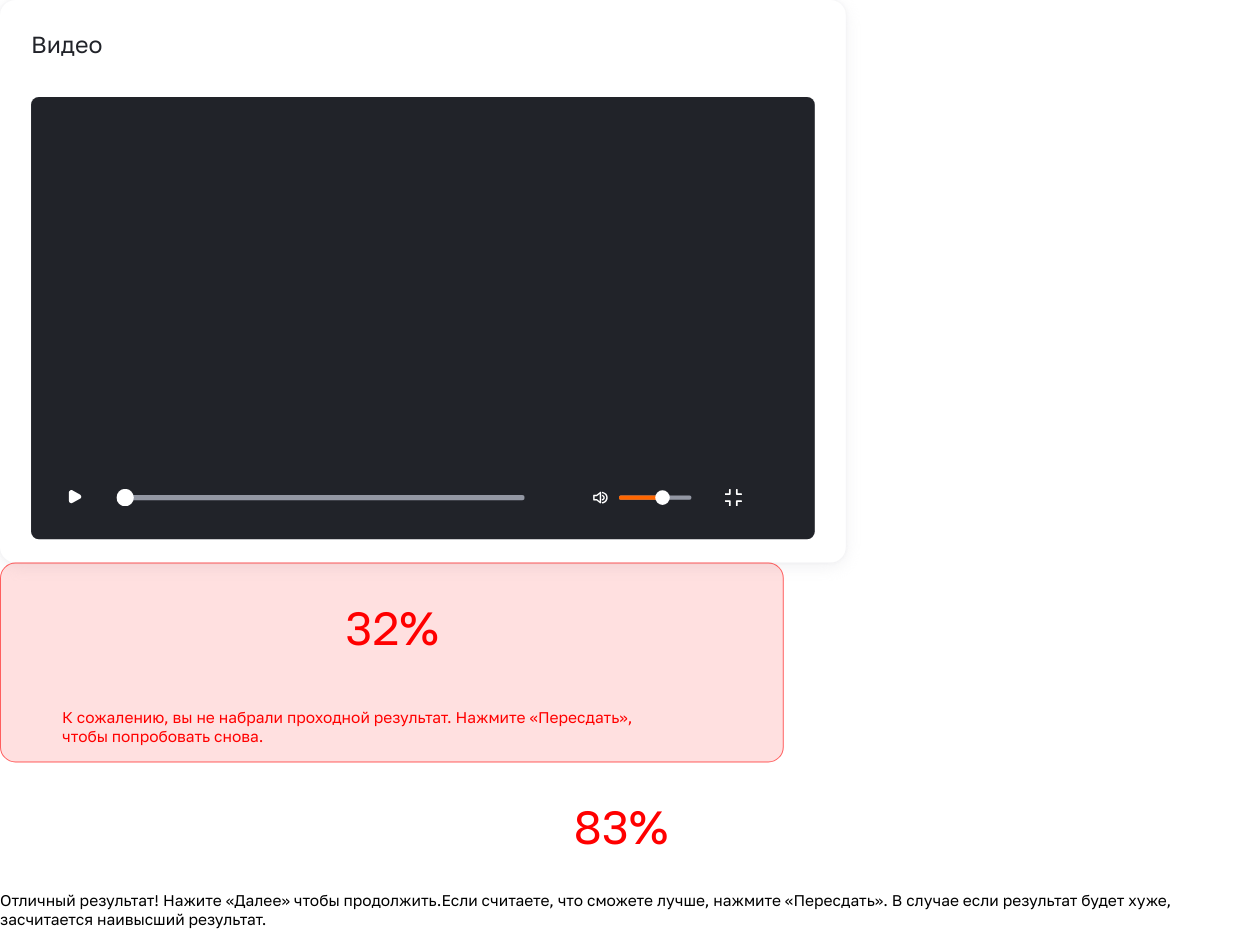
Repository: RuslanSR2424/Group5_LizaAlert
Page: index.html
These files come from the project's save history. The page is drawn as it stood at one moment and after the next save; the edit follows.
The browser window is 1280 px wide. The pictures show the whole page, at 97% of full size.

Above is the page before, as saved 2022-03-09 16:52:52.

After the next save:
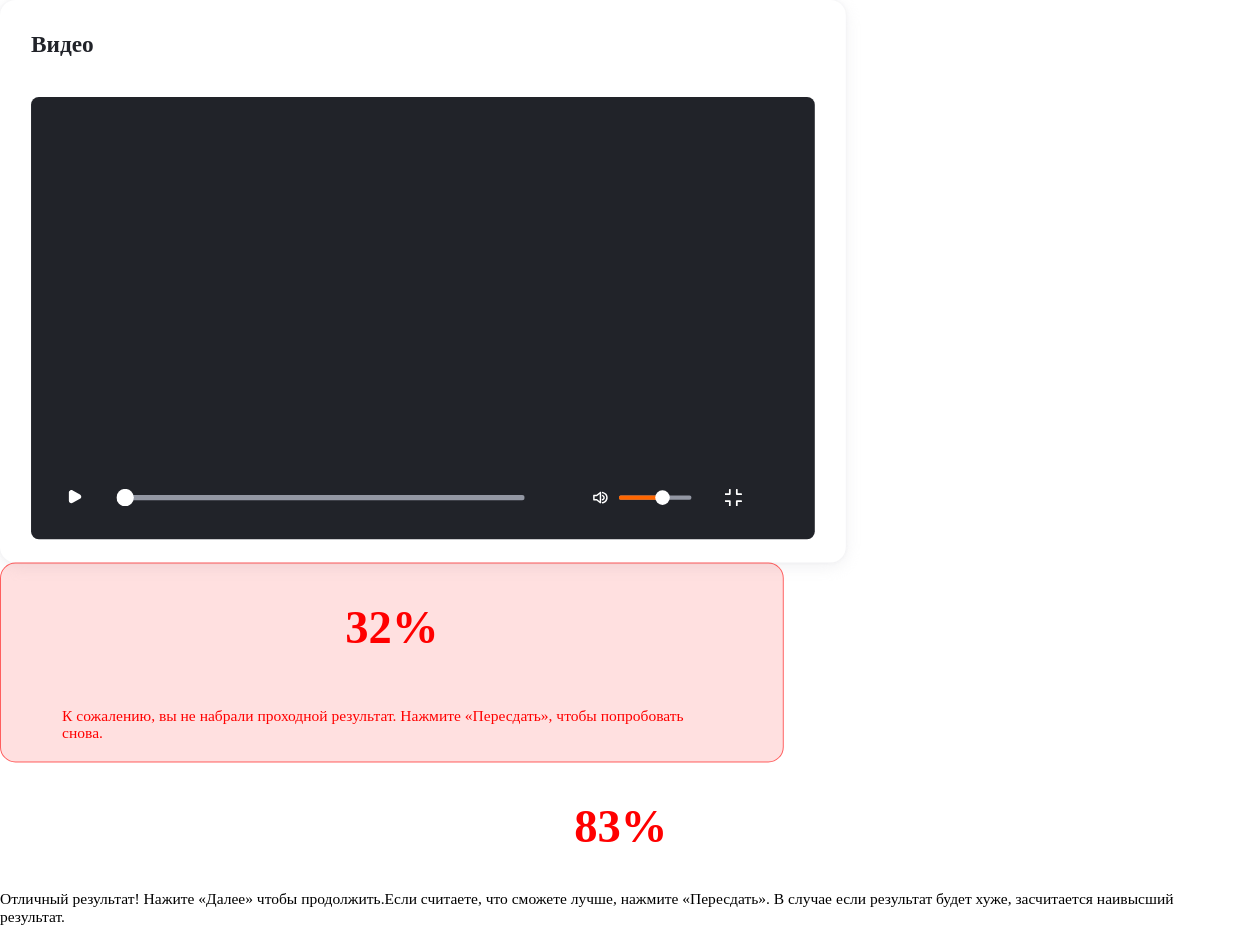
Saved 6 min 45 s later.
--- a/fonts/fonts.css
+++ b/fonts/fonts.css
@@ -1,12 +1,12 @@
 @font-face {
-  font-family: "Golos";
+  font-family: "Golos-Text";
   font-style: normal;
   font-weight: 700;
   src: url(./Golos-Text_Regular.woff) format("woff"),
     url(./Golos-Text_Regular.woff2) format("woff2");
 }
 @font-face {
-  font-family: "Golos";
+  font-family: "Golos-Text";
   font-style: bold;
   font-weight: 900;
   src: url(./Golos-Text_Bold.woff) format("woff"),
